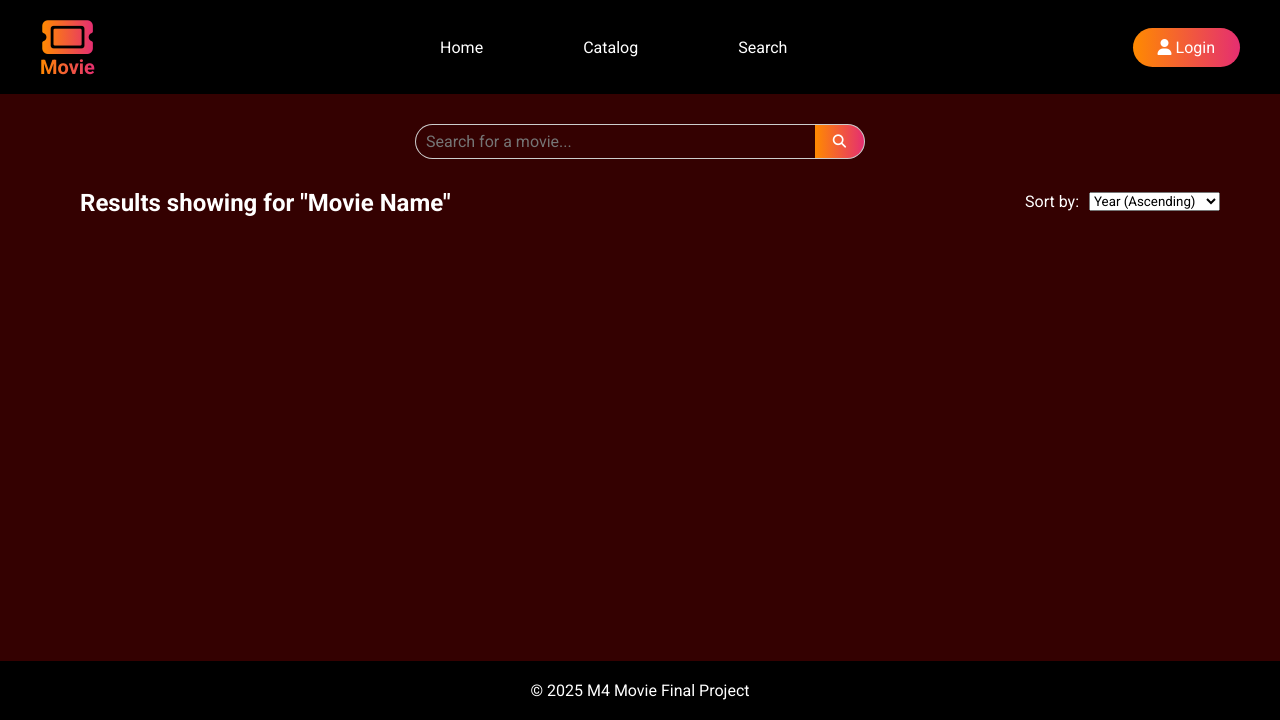
Repository: avivanguyen/m4_movie-FinalProject
Page: index.html
An editor plug-in stored every save of this project. The page is shown before and after a run of saves, followed by the edit.
The browser window is 1280 px wide. The pictures show the whole page.
Some web libraries are served in a nearby version.

Above is the page before, as saved 2025-12-30 08:09:28.

### index.html
<!DOCTYPE html>
<html lang="en">
<head>
    <meta charset="UTF-8">
    <meta name="viewport" content="width=device-width, initial-scale=1.0">
    <title>M4 Movie Final Project</title>
    <link rel="stylesheet" href="styles.css">
    <script src="script.js" defer></script>
    <script src="https://kit.fontawesome.com/2588cf0bac.js" crossorigin="anonymous"></script>
</head>
<body>
    <nav>
        <div class="logo">
            <i class="fa-solid fa-ticket logo__ticket"></i>
            <h1 class="logo__title">Movie</h1>
        </div>
        <ul class="nav-links">
            <li><a href="#">Home</a></li>
            <li><a href="#">Catalog</a></li>
            <li><a href="#">Search</a></li>
        </ul>
        <div class="login">
            <button>
                <a href="#">
                    <i class="fa-solid fa-user login__icon"></i>
                    <span class="login__text">Login</span>
                </a>
            </button>
        </div>
    </nav>
    <main>
        <section class="search-section">
            <input type="text" id="search-input" placeholder="Search for a movie..." onchange="onSearchMovie(event)">
            <button id="search-button"><i class="fa-solid fa-magnifying-glass"></i></button>
        </section>
        <section class="results__section">
            <div id="results__container">
                <div class="breadcrumb">
                    <h2>Results showing for "<span id="search-term">Movie Name</span>"</h2>
                </div>
                <div class="sort">
                    <label for="sort-select">Sort by:</label>
                    <select id="sort-select" onchange="onSortChange(event)">
                        <option value="year-ascending">Year (Ascending)</option>
                        <option value="year-descending">Year (Descending)</option>
                        <option value="title-ascending">Movie Title (A-Z)</option>
                        <option value="title-descending">Movie Title (Z-A)</option>
                    </select>
                </div>
                <div class="loading hidden">
                    <i class="fa fa-spinner fa-spin"></i>
                </div>
                <div class="movie">
                    <div class="movie-card hidden">
                        <div class="movie-card__container" onclick="toggleModal()">
                            <div class="movie__poster">
                                <img src="./assets/movie_poster-placeholder.png" alt="">
                            </div>
                            <div class="movie__title">Movie Title</div>
                            <div class="movie__year">20XX</div>
                        </div>
                    </div>
                    <!-- <div class="movie-card">
                        <div class="movie-card__container" onclick="toggleModal()">
                            <div class="movie__poster">
                                <img src="./assets/movie_poster-placeholder.png" alt="">
                            </div>
                            <div class="movie__title">Movie Title</div>
                            <div class="movie__year">20XX</div>
                        </div>
                    </div>
                    <div class="movie-card">
                        <div class="movie-card__container" onclick="toggleModal()">
                            <div class="movie__poster">
                                <img src="./assets/movie_poster-placeholder.png" alt="">
                            </div>
                            <div class="movie__title">Movie Title</div>
                            <div class="movie__year">20XX</div>
                        </div>
                    </div>
                    <div class="movie-card">
                        <div class="movie-card__container" onclick="toggleModal()">
                            <div class="movie__poster">
                                <img src="./assets/movie_poster-placeholder.png" alt="">
                            </div>
                            <div class="movie__title">Movie Title</div>
                            <div class="movie__year">20XX</div>
                        </div>
                    </div>
                    <div class="movie-card">
                        <div class="movie-card__container" onclick="toggleModal()">
                            <div class="movie__poster">
                                <img src="./assets/movie_poster-placeholder.png" alt="">
                            </div>
                            <div class="movie__title">Movie Title</div>
                            <div class="movie__year">20XX</div>
                        </div>
                    </div>
                    <div class="movie-card">
                        <div class="movie-card__container" onclick="toggleModal()">
                            <div class="movie__poster">
                                <img src="./assets/movie_poster-placeholder.png" alt="">
                            </div>
                            <div class="movie__title">Movie Title</div>
                            <div class="movie__year">20XX</div>
                        </div>
                    </div> -->
                </div>
            </div>
        </section>
        <div class="modal">
            <div class="modal__half modal__poster">
                <figure>
                    <img src="./assets/movie_poster-placeholder.png" alt="">
                </figure>
            </div>
            <div class="modal__half modal__description">
                <h2 class="modal__title">Movie Title</h2>
                <p class="modal__year">20XX</p>
                <p class="modal__plot">Lorem ipsum dolor sit amet, consectetur adipiscing elit. Sed do eiusmod tempor incididunt ut labore et dolore magna aliqua.</p>
                <ul class="modal__details">
                    <li><strong>Director:</strong> Director Name</li>
                    <li><strong>Actors:</strong> Actor 1, Actor 2, Actor 3</li>
                    <li><strong>Runtime:</strong> XX min</li>
                </ul>
                <button class="watch">Watch Now</button>
            </div>
            <button class="close-button" onclick="toggleModal()">Close</button>
        </div>
    </main>
    <footer>
        <p>&copy; 2025 M4 Movie Final Project</p>
    </footer>
</body>
</html>

### styles.css
@import url('https://fonts.googleapis.com/css2?family=Roboto:ital,wght@0,100..900;1,100..900&display=swap');

* {
    margin: 0;
    padding: 0;
    box-sizing: border-box;
    font-family: 'Roboto', sans-serif;
}

body {
    background-color: #340101;
    min-height: 100vh;
    display: flex;
    flex-direction: column; /*ensures footer stays at bottom*/
}

a {
    text-decoration: none;
}

li {
    list-style: none;
}

.hidden {
    display: none !important;
}

/*
NAVIGATION STYLES
*/
nav {
    display: flex;
    justify-content: space-between;
    align-items: center;
    flex-direction: row;
    background-color: black;
    width: 100%;
    padding: 15px 40px;
}

.logo {
    display: flex;
    align-items: center;
    flex-direction: column;
}

.logo__ticket,
.logo__title {
    background: linear-gradient(90deg, #ff8a00, #e52e71);
    background-clip: text;
    -webkit-background-clip: text;
    -webkit-text-fill-color: transparent;
}

.logo__ticket {
    font-size: 45px;
    margin-bottom: -5px;
}

.logo__title {
    font-size: 20px;
}

.nav-links {
    display: flex;
    flex-direction: row;
    gap: 100px;
}

.nav-links a {
    color: white;
    font-size: 16px;
    transition: color 300ms ease;
}

.nav-links a:hover,
.close-button:hover {
    color: #ff8a00;
}

.login button,
.modal button.watch {
    background: linear-gradient(90deg, #ff8a00, #e52e71);
    border: none;
    padding: 10px 25px;
    border-radius: 50px;
    color: white;
    font-size: 16px;
    cursor: pointer;
    transition: transform 300ms ease;
}
.login button:hover,
.modal button.watch:hover {
    transform: scale(1.1);
}

.login a {
    color: white;
}


/*
SEARCH STYLES
*/
.search-section {
    display: flex;
    justify-content: center;
    align-items: center;
    margin: 30px 0;
}

#search-input {
    width: 400px;
    height: 35px;
    padding: 0 10px;
    font-size: 16px;
    border: 1.5px solid #ccc;
    border-right: none;
    border-radius: 50px 0 0 50px;
    outline: none;
    background-color: transparent;
    color: white;
}

#search-button {
    height: 35px;
    width: 50px;
    outline: none;
    border-radius: 0 50px 50px 0;
    border: 1.5px solid #ccc;
    border-left: none;
    cursor: pointer;
    background: linear-gradient(90deg, #ff8a00, #e52e71);
    transition: all 300ms ease;
    position: relative;
}
#search-button:hover {
    background: transparent;
    border: 2px solid transparent;
    background-image: linear-gradient(#340101, #340101), linear-gradient(90deg, #ff8a00, #e52e71);
    background-origin: border-box;
    background-clip: padding-box, border-box;
}

.search-section #search-button i {
    color: white;
}

/*
LOADING STYLES
*/
.loading {
    justify-content: center;
    align-items: center;
    margin-top: 20px;
    opacity: 1;
    transition: opacity 500ms ease-in-out;
}

.loading:not(.hidden) {
    display: flex;
}

.loading.hidden {
    opacity: 0;
    transition: opacity 500ms ease-in-out 1000ms;
}

.fa-spinner {
    font-size: 35px;
    color: white;
}

/*
RESULTS STYLES
*/
.breadcrumb {
    color: white;
    margin-left: 20px;
    margin-bottom: 40px;
}

.sort label {
    color: white;
    margin-right: 10px;
}

.sort {
    display: flex;
    justify-content: flex-end;
    align-items: center;
    margin-top: -65px;
}

.results__section {
    margin: 0 60px;
}

.movie {
    width: 100%;
    height: auto;
    padding: 0 80px;
    margin-top: 20px;
    display: flex;
    flex-direction: row;
    flex-wrap: wrap;
    justify-content: center;
}

.movie-card {
    cursor: pointer;
    margin: 15px;
    width: 200px; /*makes sure all cards are same size and that the text doesn't overflow*/
    display: flex;
    flex-direction: row;
    flex-wrap: wrap;
    justify-content: center;
    transition: transform 300ms ease;
}
.movie-card:hover {
    transform: scale(1.05);
    background-color: #4d0d0d;
    border-radius: 8px;
    box-shadow: 0 6px 12px #4d0d0d;
}

.movie-card__container {
    padding: 4px 18px;
}

.movie__poster img {
    width: 200px;
    height: 300px;
    box-shadow: 0 4px 8px rgba(0, 0, 0, 0.2);
}

.movie__title,
.movie__year {
    color: white;
    text-align: center;
    margin-top: 2px;
}

/*
MODAL STYLES
*/
.modal {
    display: flex;
    position: fixed;
    top: 50%;
    left: 50%;
    transform: translate(-50%, -50%);
    width: 90%;
    max-width: 1100px;
    background-color: #4b3434;
    box-shadow: 0 6px 12px #4d0d0d;
    visibility: hidden;
    transition: visibility 400ms, z-index 300ms ease;
}

.modal--open .modal {
    display: flex;
    z-index: 50;
    box-shadow: 0 6px 12px #4d0d0d;
    visibility: visible;
}

.modal__half {
    display: flex;
    flex-direction: column;
    justify-content: center;
    position: relative;
}

.modal__poster img {
    width: 100%;
}

.modal__description {
    padding: 80px;
    color: white;
    line-height: 2.5;
}

.watch {
    margin-top: auto;
    width: 50%;
    display: flex;
    justify-content: center;
    align-items: center;
    margin-left: 100px;
}

.close-button {
    position: absolute;
    top: 15px;
    right: 30px;
    font-size: 20px;
    color: white;
    cursor: pointer;
    background-color: transparent;
    border: none;
}

/*
FOOTER STYLES
*/
footer {
    text-align: center;
    padding: 20px 0;
    background-color: black;
    color: white;
    margin-top: auto;
}


/*
RESPONSIVE STYLES
*/
@media (max-width: 768px) {
    .nav-links {
            gap: 75px;
        }

    #search-input {
        width: 300px;
    }

    .movie-card {
        margin: 15px;
    }

    .modal__description {
        padding: 40px;
        line-height: 2;
    }

    .modal__details {
        margin-bottom: 15px;
    }

    .close-button {
        font-size: 18px;
    }
}

@media (max-width: 480px) {
    nav {
        padding: 8px 20px;
    }
    .nav-links {
        gap: 50px;
    }

    .login__text {
        display: none;
    }
    .login button {
        padding: 10px;
    }

    .breadcrumb {
        margin-bottom: 8px;
    }

    .sort {
        margin-top: 0px;
        margin-left: 20px;
        display: flex;
        flex-direction: column;
        align-items: flex-start;
    }

    .movie-card {
        margin: 8px;
    }
    .movie__poster img {
        width: 150px;
        height: auto;
    }
    .movie__title, .movie__year {
        font-size: 20px;
    }

    .results__section {
        margin: 0 20px;
    }
    .movie {
        padding: 0;
    }

    .modal {
        flex-direction: column;
    }
    .modal__description {
        padding: 18px;
        line-height: 1.8;
    }
    .modal__poster {
        display: flex;
        justify-content: center;
        align-items: center;
        text-align: center;
    }
    .modal__poster img {
        width: 50%;
    }
}

### script.js
//API key: 5aa2e87d
//base URL: https://www.omdbapi.com/?apikey=5aa2e87d&s=MOVIE_NAME_HERE

//Modal functionality
let isModalOpen = false;

function toggleModal() {
  if (isModalOpen) {
    isModalOpen = !isModalOpen;
    return document.body.classList.remove("modal--open");
  }
  isModalOpen = true;
  document.body.classList += " modal--open";
}

//Search functionality
async function onSearchMovie(event) {
  const searchMovie = event.target.value;

  if (!searchMovie) return;

  //breadcrumb
  document.getElementById("search-term").textContent = searchMovie;

  const movieContainer = document.querySelector(".movie");
  const loadingSpinner = document.querySelector(".loading");

  loadingSpinner.classList.remove("hidden");

  // Fetch movies from API
  const response = await fetch(
    `https://www.omdbapi.com/?apikey=5aa2e87d&s=${searchMovie}`
  );
  const data = await response.json();

  loadingSpinner.classList.add("hidden");

  if (data.Response === "True") {
    movieContainer.innerHTML = data.Search
    .slice(0, 6) // Limit to first 6 results//
      .map((movie) => movieCardHtml(movie))
      .join("");
  } else {
    movieContainer.innerHTML = `<div class="breadcrumb">
            <h2>Results showing for "<span id="search-term">${searchMovie}</span>"</h2>
        </div>`;
  }
}

//Movie card results
function movieCardHtml(movie) {
  return `
    <div class="movie-card">
        <div class="movie-card__container" onclick="toggleModal()">
            <div class="movie__poster">
                <img src="${
                  movie.Poster !== "N/A"
                    ? movie.Poster
                    : "./assets/movie_poster-placeholder.png"
                }" alt="">
            </div>
            <div class="movie__title">${movie.Title}</div>
            <div class="movie__year">${movie.Year}</div>
        </div>
    </div>`;
}

// //Movie modal results
// async function movieModalHtml(imdbID) {
//   toggleModal();
//   const response = await fetch(
//     `https://www.omdbapi.com/?apikey=5aa2e87d&i=${imdbID}`
//   );
//   const movie = await response.json();

//   document.querySelector(".modal__poster img").src =
//     movie.Poster !== "N/A"
//       ? movie.Poster
//       : "./assets/movie_poster-placeholder.png";
//   document.querySelector(".modal__title").textContent = movie.Title;
//   document.querySelector(".modal__year").textContent = movie.Year;
// }
// function movieModalHtml(movie) {
//   return `
//     <div class="modal">
//             <div class="modal__half modal__poster">
//                 <figure>
//                     <img src="${
//                       movie.Poster !== "N/A"
//                         ? movie.Poster
//                         : "./assets/movie_poster-placeholder.png"
//                     }" alt="">
//                 </figure>
//             </div>
//             <div class="modal__half modal__description">
//                 <h2 class="modal__title">${movie.Title}</h2>
//                 <p class="modal__year">${movie.Year}</p>
//                 <p class="modal__plot">Lorem ipsum dolor sit amet, consectetur adipiscing elit. Sed do eiusmod tempor incididunt ut labore et dolore magna aliqua.</p>
//                 <ul class="modal__details">
//                     <li><strong>Director:</strong> Director Name</li>
//                     <li><strong>Actors:</strong> Actor 1, Actor 2, Actor 3</li>
//                     <li><strong>Runtime:</strong> XX min</li>
//                 </ul>
//                 <button class="watch">Watch Now</button>
//             </div>
//             <button class="close-button" onclick="toggleModal()">Close</button>
//         </div>`;
// }

After the next 2 saves:
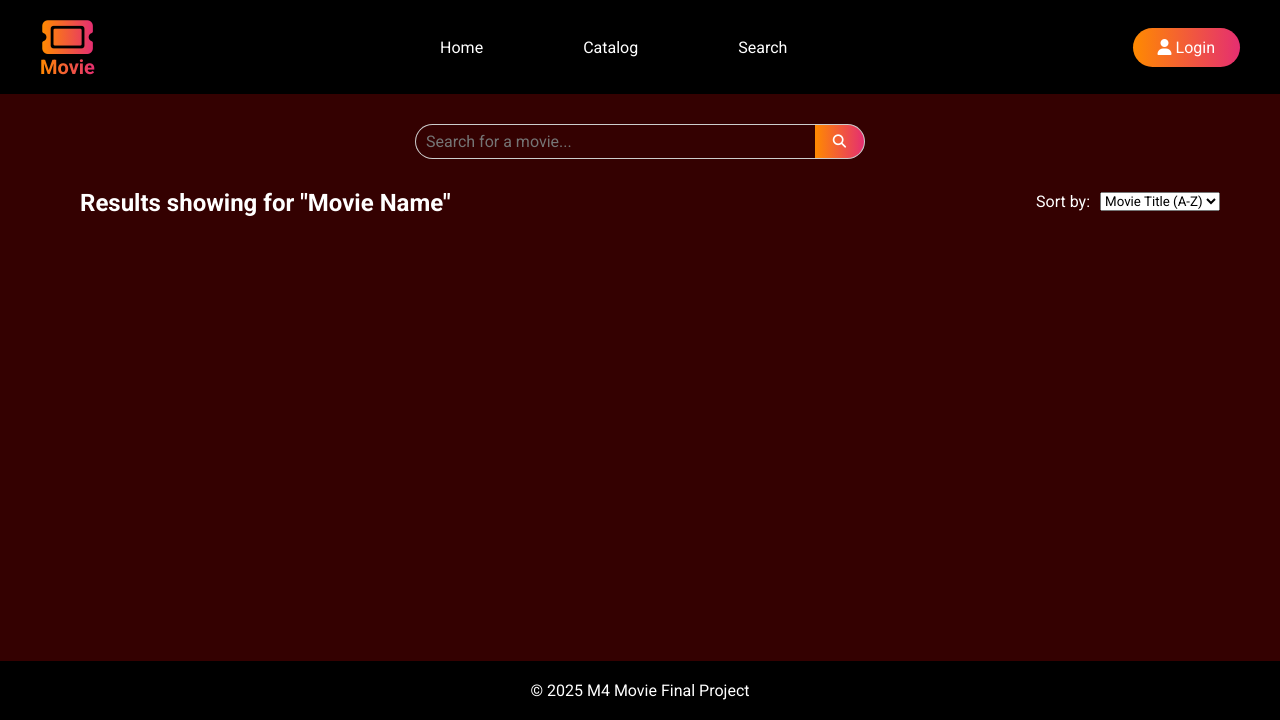
The 2 saves are shown as one change because they came seconds apart.
The last was saved 4 min 49 s later.
--- a/index.html
+++ b/index.html
@@ -41,8 +41,6 @@
                 <div class="sort">
                     <label for="sort-select">Sort by:</label>
                     <select id="sort-select" onchange="onSortChange(event)">
-                        <option value="year-ascending">Year (Ascending)</option>
-                        <option value="year-descending">Year (Descending)</option>
                         <option value="title-ascending">Movie Title (A-Z)</option>
                         <option value="title-descending">Movie Title (Z-A)</option>
                     </select>
